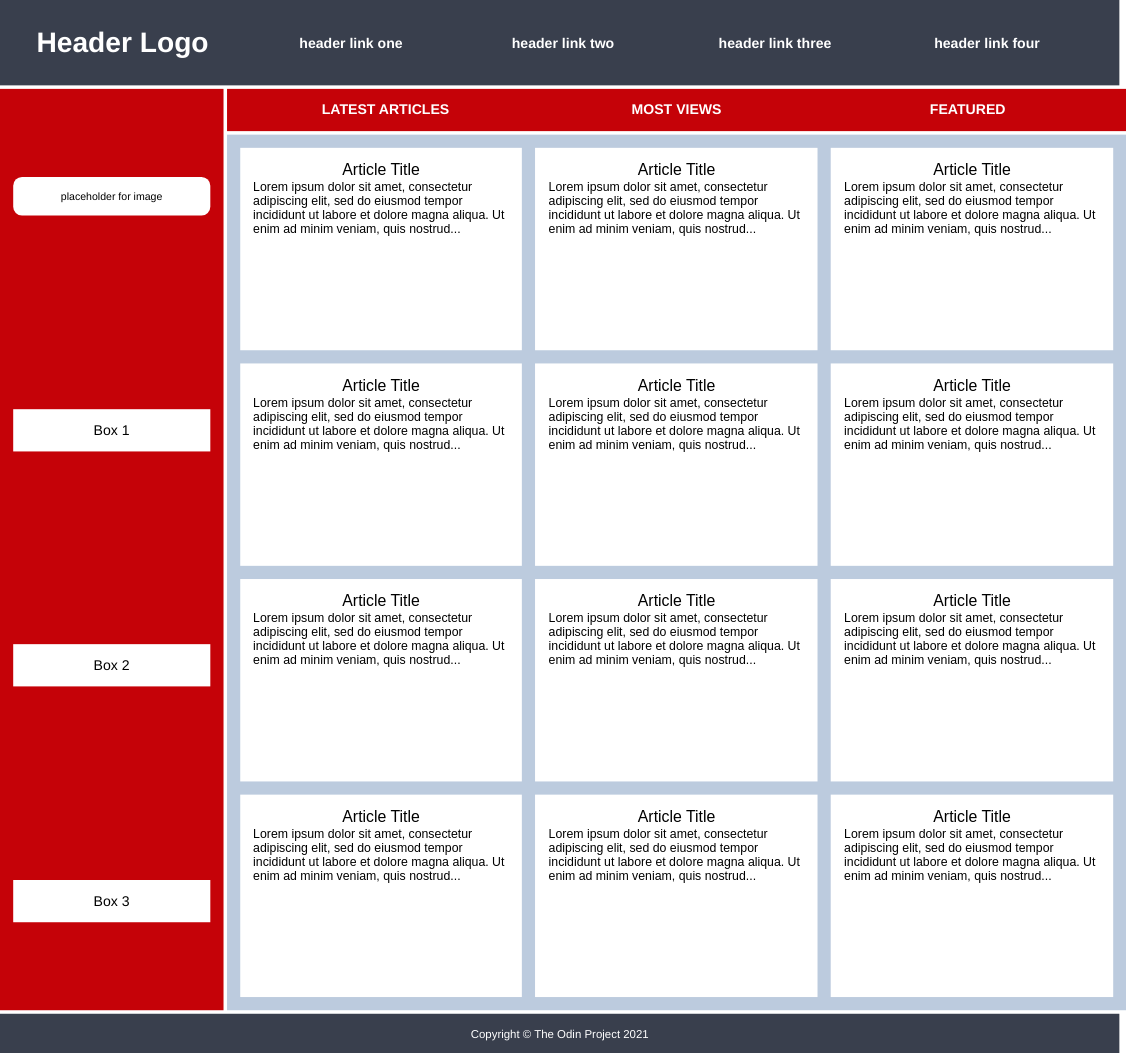
Repository: gkintu/css-exercises
Page: intermediate-html-css/advanced-grid/02-holy-grail-mockup/index.html
The author's editor kept a copy of each file at every save. The page is drawn from the files as they stood at one save, then again after the next save.
The browser window is 1280 px wide. The pictures show the whole page, at 88% of full size.

Above is the page before, as saved 2025-03-04 10:47:15.

### intermediate-html-css/advanced-grid/02-holy-grail-mockup/index.html
<!DOCTYPE html>
<html lang="en">
  <head>
    <meta charset="UTF-8">
    <meta http-equiv="X-UA-Compatible" content="IE=edge">
    <meta name="viewport" content="width=device-width, initial-scale=1.0">
    <title>Holy Grail Mockup</title>
    <link rel="stylesheet" href="style.css">
  </head>
  <body>
    <div class="container">

      <div class="header">
        <div class="logo">Header Logo</div>
        <div class="menu">
          <ul>
            <li>header link one</li>
            <li>header link two</li>
            <li>header link three</li>
            <li>header link four</li>
          </ul>
        </div>
      </div>

      <div class="sidebar">
        <div class="photo">
          <p>placeholder for image</p>
        </div>
        <div class="side-content">Box 1
        </div>
        <div class="side-content">Box 2
        </div>
        <div class="side-content">Box 3
        </div>
      </div>

      <div class="nav">
        <ul>
          <li>Latest Articles</li>
          <li>Most Views</li>
          <li>Featured</li>
        </ul>
      </div>

      <div class="article">
        <div class="card">
          <p class="title">Article Title</p>
          <p>Lorem ipsum dolor sit amet, consectetur adipiscing elit, sed do eiusmod tempor incididunt ut labore et dolore magna aliqua. Ut enim ad minim veniam, quis nostrud...</p>
        </div>
        <div class="card">
          <p class="title">Article Title</p>
          <p>Lorem ipsum dolor sit amet, consectetur adipiscing elit, sed do eiusmod tempor incididunt ut labore et dolore magna aliqua. Ut enim ad minim veniam, quis nostrud...</p>
        </div>
        <div class="card">
          <p class="title">Article Title</p>
          <p>Lorem ipsum dolor sit amet, consectetur adipiscing elit, sed do eiusmod tempor incididunt ut labore et dolore magna aliqua. Ut enim ad minim veniam, quis nostrud...</p>
        </div>
        <div class="card">
          <p class="title">Article Title</p>
          <p>Lorem ipsum dolor sit amet, consectetur adipiscing elit, sed do eiusmod tempor incididunt ut labore et dolore magna aliqua. Ut enim ad minim veniam, quis nostrud...</p>
        </div>
        <div class="card">
          <p class="title">Article Title</p>
          <p>Lorem ipsum dolor sit amet, consectetur adipiscing elit, sed do eiusmod tempor incididunt ut labore et dolore magna aliqua. Ut enim ad minim veniam, quis nostrud...</p>
        </div>
        <div class="card">
          <p class="title">Article Title</p>
          <p>Lorem ipsum dolor sit amet, consectetur adipiscing elit, sed do eiusmod tempor incididunt ut labore et dolore magna aliqua. Ut enim ad minim veniam, quis nostrud...</p>
        </div>
        <div class="card">
          <p class="title">Article Title</p>
          <p>Lorem ipsum dolor sit amet, consectetur adipiscing elit, sed do eiusmod tempor incididunt ut labore et dolore magna aliqua. Ut enim ad minim veniam, quis nostrud...</p>
        </div>
        <div class="card">
          <p class="title">Article Title</p>
          <p>Lorem ipsum dolor sit amet, consectetur adipiscing elit, sed do eiusmod tempor incididunt ut labore et dolore magna aliqua. Ut enim ad minim veniam, quis nostrud...</p>
        </div>
        <div class="card">
          <p class="title">Article Title</p>
          <p>Lorem ipsum dolor sit amet, consectetur adipiscing elit, sed do eiusmod tempor incididunt ut labore et dolore magna aliqua. Ut enim ad minim veniam, quis nostrud...</p>
        </div>
        <div class="card">
          <p class="title">Article Title</p>
          <p>Lorem ipsum dolor sit amet, consectetur adipiscing elit, sed do eiusmod tempor incididunt ut labore et dolore magna aliqua. Ut enim ad minim veniam, quis nostrud...</p>
        </div>
        <div class="card">
          <p class="title">Article Title</p>
          <p>Lorem ipsum dolor sit amet, consectetur adipiscing elit, sed do eiusmod tempor incididunt ut labore et dolore magna aliqua. Ut enim ad minim veniam, quis nostrud...</p>
        </div>
        <div class="card">
          <p class="title">Article Title</p>
          <p>Lorem ipsum dolor sit amet, consectetur adipiscing elit, sed do eiusmod tempor incididunt ut labore et dolore magna aliqua. Ut enim ad minim veniam, quis nostrud...</p>
        </div>
      </div>

      <div class="footer">
        <p>Copyright © The Odin Project 2021</p>
      </div>

    </div>
  </body>
</html>

### intermediate-html-css/advanced-grid/02-holy-grail-mockup/style.css
* {
  margin: 0;
  padding: 0;
}

.container {
  display: grid;
  text-align: center;
  grid-template-columns: 1fr 4fr;
  gap: 4px;
}

.container div {
  padding: 15px;
  font-size: 32px;
  font-family: Helvetica;
  font-weight: bold;
  color: white;
}

.header {

  background-color: #393f4d;
  display: grid;
  grid-column: 1 / 3;
  grid-template-columns: 1fr 4fr;
  align-items: center;
}

.menu {
  grid-column: 2 / 3;
}

.menu ul {
  display: grid;
  list-style-type: none;
  grid-template-columns: repeat(4, 1fr);

}



.menu ul,
.menu li {
  font-size: 16px;
}

.sidebar {
  background-color: #C50208;
  display:grid;
  gap: 50px;
  align-items: center;
  grid-column: 1 / 2;
  grid-row: 2/4;
}



.sidebar>div>p  {
  align-items: left;
  justify-items: center;
}

.sidebar .photo {
  background-color: white;
  color: black;
  font-size: 12px;
  font-weight: normal;
  border-radius: 10px;
}


.sidebar .side-content {
  background-color: white;
  color: black;
  font-size: 16px;
  font-weight: normal;
}

.nav {

  background-color: #C50208;
  grid-column: 2 / 5;
  align-self: start;
}

.nav ul {
  display:grid;
  grid-template-columns: repeat(3, 1fr);

}

.nav ul li {
  font-size: 16px;
  text-transform: uppercase;
  list-style-type: none;
}

.article {

  background-color: #bccbde;
  grid-column: 2 / 5;
  display:grid;
  grid-template-columns: repeat(auto-fit, minmax(250px, 1fr));
  gap: 15px;
}

.card {
  height: 200px;
}

.article p {
  font-size: 18px;
  font-family: sans-serif;
  color: white;
  text-align: left;
}

.article .card {
  background-color: #FFFFFF;
  color: black;
  text-align: center;
}

.card p {
  color: black;
  font-weight: normal;
  font-size: 14px;
}

.card .title {
  font-size: 18px;
  text-align: center;
}

.footer {


  background-color: #393f4d;
  grid-column: 1 / 3;
}

.footer p {
  font-size: 13px;
  font-weight: normal;
}

After the next save:
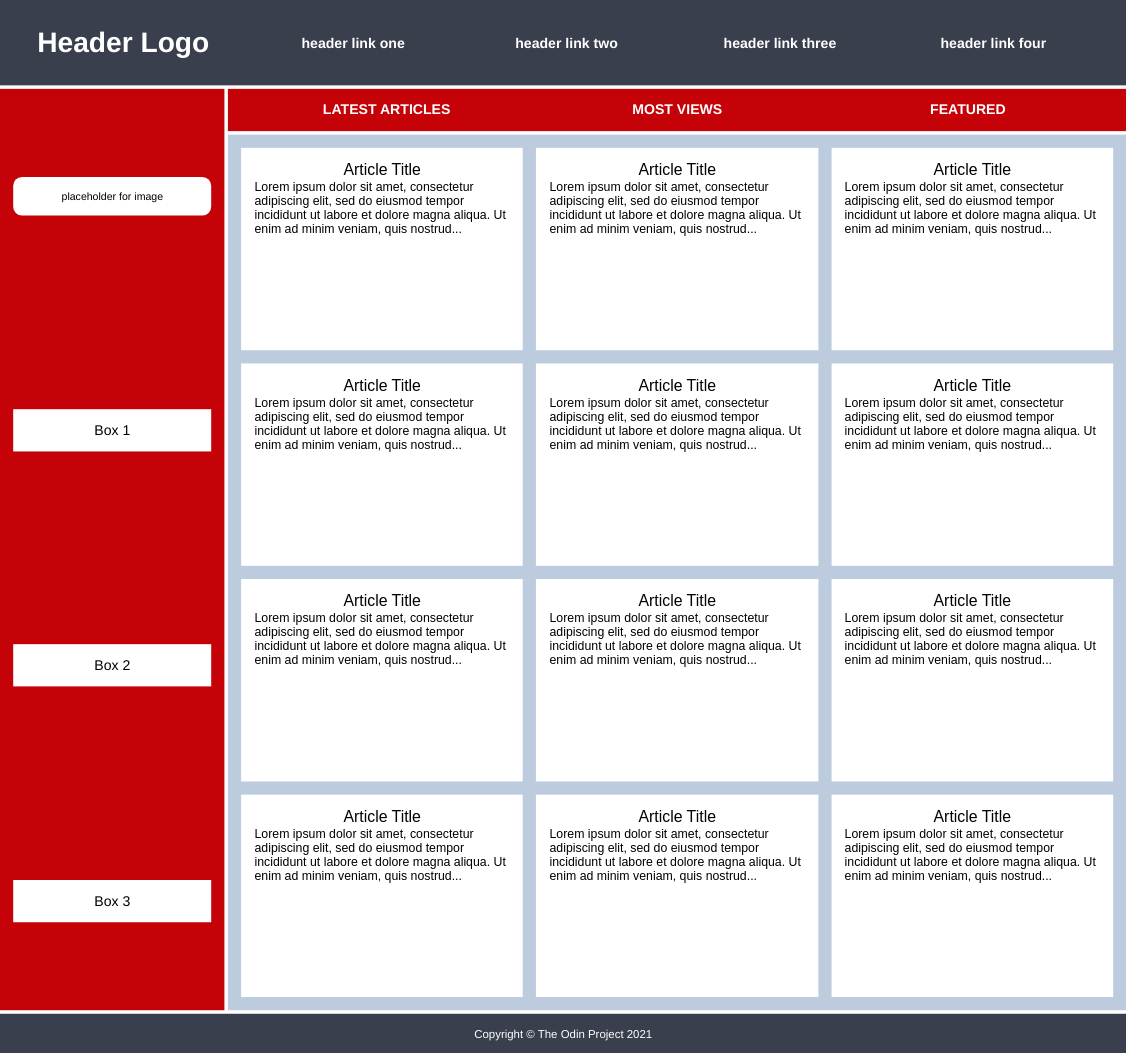
Saved 3 min 13 s later.
--- a/intermediate-html-css/advanced-grid/02-holy-grail-mockup/style.css
+++ b/intermediate-html-css/advanced-grid/02-holy-grail-mockup/style.css
@@ -80,7 +80,8 @@
 .nav {
 
   background-color: #C50208;
-  grid-column: 2 / 5;
+  grid-column: 2 / 3;
+  grid-row: 2;
   align-self: start;
 }
 
@@ -99,7 +100,8 @@
 .article {
 
   background-color: #bccbde;
-  grid-column: 2 / 5;
+  grid-column: 2 / 3;
+  grid-row: 3;
   display:grid;
   grid-template-columns: repeat(auto-fit, minmax(250px, 1fr));
   gap: 15px;
@@ -138,6 +140,7 @@
 
   background-color: #393f4d;
   grid-column: 1 / 3;
+  grid-row: 4;
 }
 
 .footer p {
